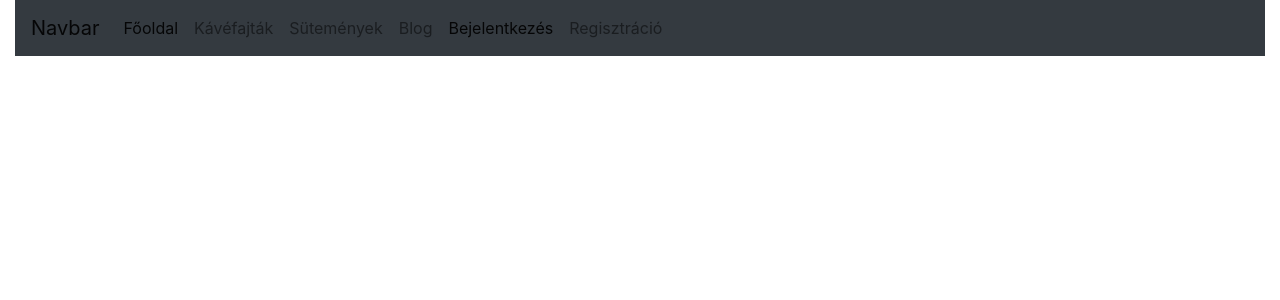
Repository: zsanber/kavezo
Page: index.html
The author's editor kept a copy of each file at every save. The page is drawn from the files as they stood at one save, then again after a run of saves.
The browser window is 1280 px wide. The pictures show the whole page.

Above is the page before, as saved 2021-11-22 17:13:43.

### index.html
<!doctype html>
<html lang="en">
  <head>
    <!-- Required meta tags -->
    <meta charset="utf-8">
    <meta name="viewport" content="width=device-width, initial-scale=1, shrink-to-fit=no">

    <!-- Bootstrap CSS -->
    <link rel="stylesheet" href="https://cdn.jsdelivr.net/npm/bootstrap@4.6.1/dist/css/bootstrap.min.css" integrity="sha384-zCbKRCUGaJDkqS1kPbPd7TveP5iyJE0EjAuZQTgFLD2ylzuqKfdKlfG/eSrtxUkn" crossorigin="anonymous">

    <!-- CSS -->
    <link rel="stylesheet" href="/css/style.css">
    <title>Lucky Kávézó</title>
  </head>
  <body>
    <div class="container-fluid">
        <nav class="navbar navbar-expand-lg navbar-light bg-dark">
            <a class="navbar-brand" href="#">Navbar</a>
            <button class="navbar-toggler" type="button" data-toggle="collapse" data-target="#navbarAltMarkup" aria-controls="navbarNavDropdown" aria-expanded="false" aria-label="Toggle navigation">
            <span class="navbar-toggler-icon"></span>
            </button>
            <div class="collapse navbar-collapse" id="navbarAltMarkup">
            <div class="navbar-nav">
               <a class="nav-link active" href="#">Főoldal</a>
               <a class="nav-link" href="#">Kávéfajták</a>
               <a class="nav-link" href="#">Sütemények</a>
               <a class="nav-link" href="#">Blog</a>
            </div>
            <div class="navbar-nav">
                <a class="nav-link active" href="#">Bejelentkezés</a>
                <a class="nav-link" href="#">Regisztráció</a>
             </div>
        </nav>



    </div>





    <script src="https://cdn.jsdelivr.net/npm/jquery@3.5.1/dist/jquery.slim.min.js" integrity="sha384-DfXdz2htPH0lsSSs5nCTpuj/zy4C+OGpamoFVy38MVBnE+IbbVYUew+OrCXaRkfj" crossorigin="anonymous"></script>
    <script src="https://cdn.jsdelivr.net/npm/bootstrap@4.6.1/dist/js/bootstrap.bundle.min.js" integrity="sha384-fQybjgWLrvvRgtW6bFlB7jaZrFsaBXjsOMm/tB9LTS58ONXgqbR9W8oWht/amnpF" crossorigin="anonymous"></script>
  </body>
</html>

### css/style.css
.navbar-brand img {
    max-height:2REM;
}

nav {
    background-color: #1f5b25;
}

After the next 2 saves:
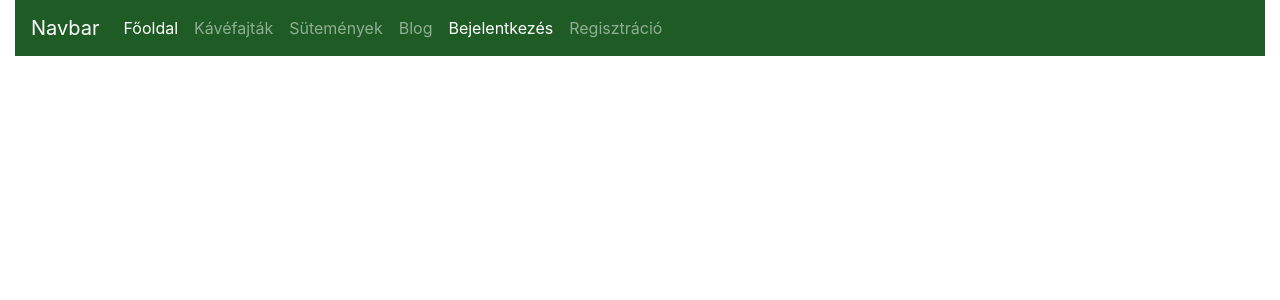
The 2 saves are shown as one change because they came seconds apart.
The last was saved 43 s later.
--- a/index.html
+++ b/index.html
@@ -14,7 +14,7 @@
   </head>
   <body>
     <div class="container-fluid">
-        <nav class="navbar navbar-expand-lg navbar-light bg-dark">
+        <nav class="navbar navbar-expand-lg navbar-dark">
             <a class="navbar-brand" href="#">Navbar</a>
             <button class="navbar-toggler" type="button" data-toggle="collapse" data-target="#navbarAltMarkup" aria-controls="navbarNavDropdown" aria-expanded="false" aria-label="Toggle navigation">
             <span class="navbar-toggler-icon"></span>
